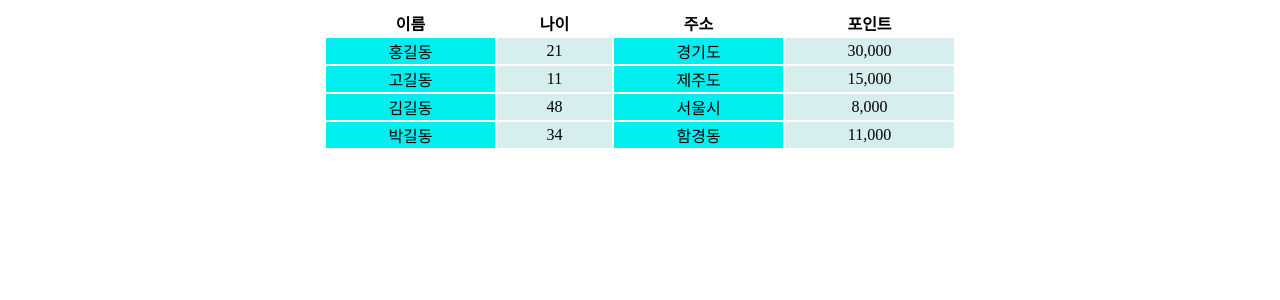
Repository: claddds/2023_webstudy
Page: 01_html/src/main/webapp/day03/ex02_tableStyling.html
The author's editor kept a copy of each file at every save. The page is drawn from the files as they stood at one save, then again after the next save.
The browser window is 1280 px wide. The pictures show the whole page.

Above is the page before, as saved 2023-06-21 01:43:22.

### 01_html/src/main/webapp/day03/ex02_tableStyling.html
<!DOCTYPE html>
<html>
<head>
<meta charset="UTF-8">
<title>table:nth-child(even|odd)</title>
<style type="text/css">
	table{
		width: 50%;
		margin: auto;
	}
	th,td{
		text-align: center;
	}
	/* 수직: even(짝수), odd(홀수)*/
	/*tbody 안에 있는 tr*/
	tbody tr :nth-child(even), thread tr:nth-child(even) {
		background-color: #d6eeee;
	}
	tbody tr :nth-child(odd), thread tr:nth-child(odd){
		background-color: #00eeee;
	}
</style>
</head>
<body>
	<table>
		<thead>
			<tr><th>이름</th><th>나이</th><th>주소</th><th>포인트</th></tr>
		</thead>
		<tbody>
			<tr><td>홍길동</td><td>21</td><td>경기도</td><td>30,000</td></tr>
			<tr><td>고길동</td><td>11</td><td>제주도</td><td>15,000</td></tr>
			<tr><td>김길동</td><td>48</td><td>서울시</td><td>8,000</td></tr>
			<tr><td>박길동</td><td>34</td><td>함경동</td><td>11,000</td></tr>
		</tbody>
	</table>
</body>
</html>

After the next save:
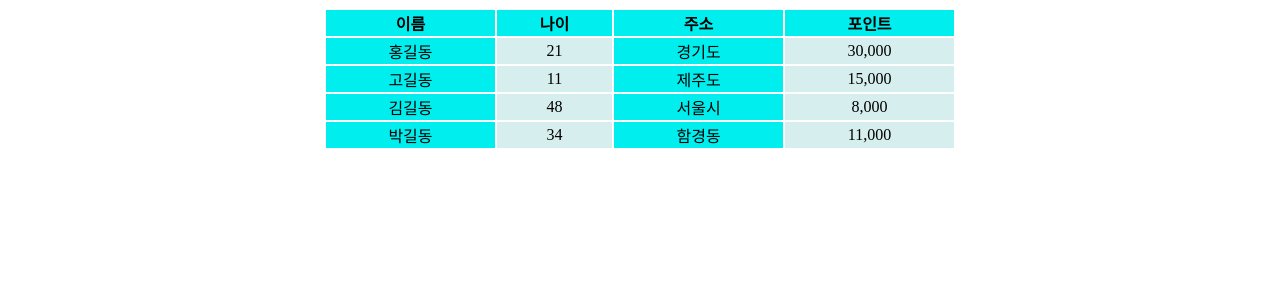
Saved 19 s later.
--- a/01_html/src/main/webapp/day03/ex02_tableStyling.html
+++ b/01_html/src/main/webapp/day03/ex02_tableStyling.html
@@ -13,10 +13,10 @@
 	}
 	/* 수직: even(짝수), odd(홀수)*/
 	/*tbody 안에 있는 tr*/
-	tbody tr :nth-child(even), thread tr:nth-child(even) {
+	tbody tr :nth-child(even), thead tr:nth-child(even) {
 		background-color: #d6eeee;
 	}
-	tbody tr :nth-child(odd), thread tr:nth-child(odd){
+	tbody tr :nth-child(odd), thead tr:nth-child(odd){
 		background-color: #00eeee;
 	}
 </style>
